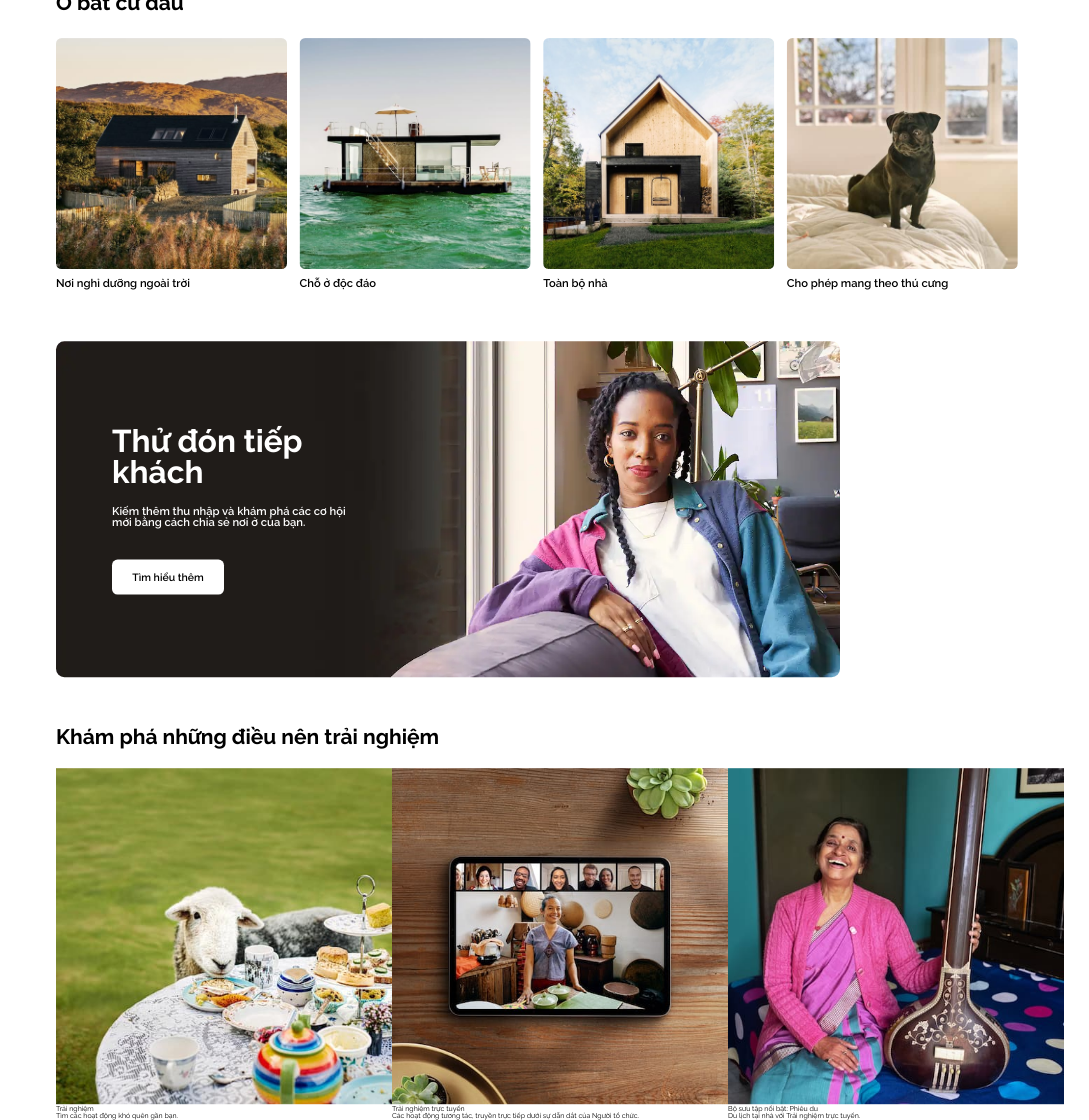
Repository: vanntrong/airbnb-clone
Page: index.html
An editor plug-in stored every save of this project. The page is shown before and after the next save, followed by the edit.
The browser window is 1280 px wide. The page is 1520 px wide, then 1556 px, so the pictures cover 1556 px, including what lies to the right of the window. The pictures show the part of the page from y = 728 to 2328 px (the page is 2328 px tall), at 70% of full size.

Above is the page before, as saved 2021-09-22 19:32:42.

After the next save:
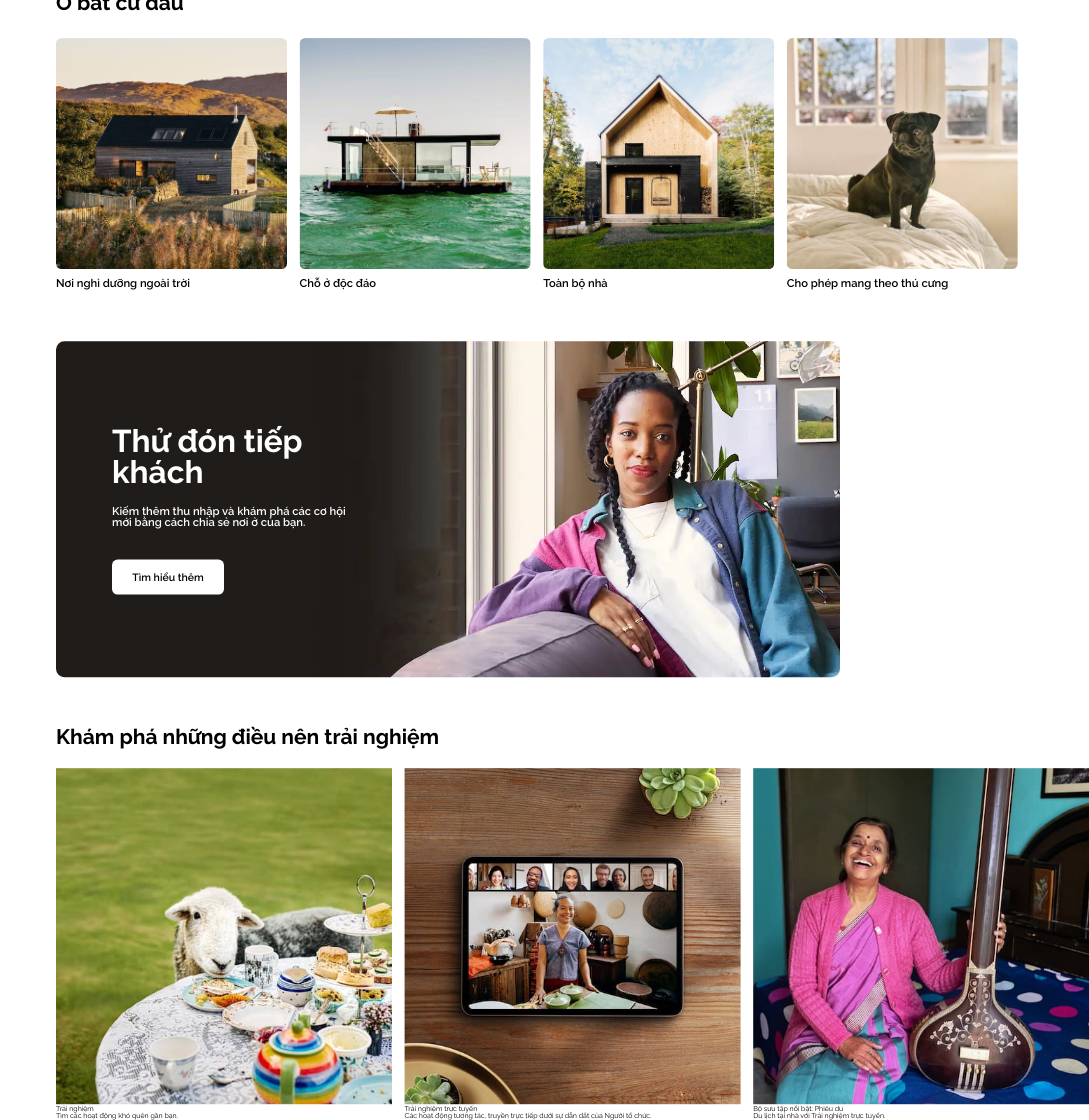
Saved 48 s later.
--- a/assets/css/style.css
+++ b/assets/css/style.css
@@ -413,3 +413,7 @@
   display: flex;
   align-items: center;
 }
+
+.container__bottom-item {
+  margin-right: 18px;
+}
